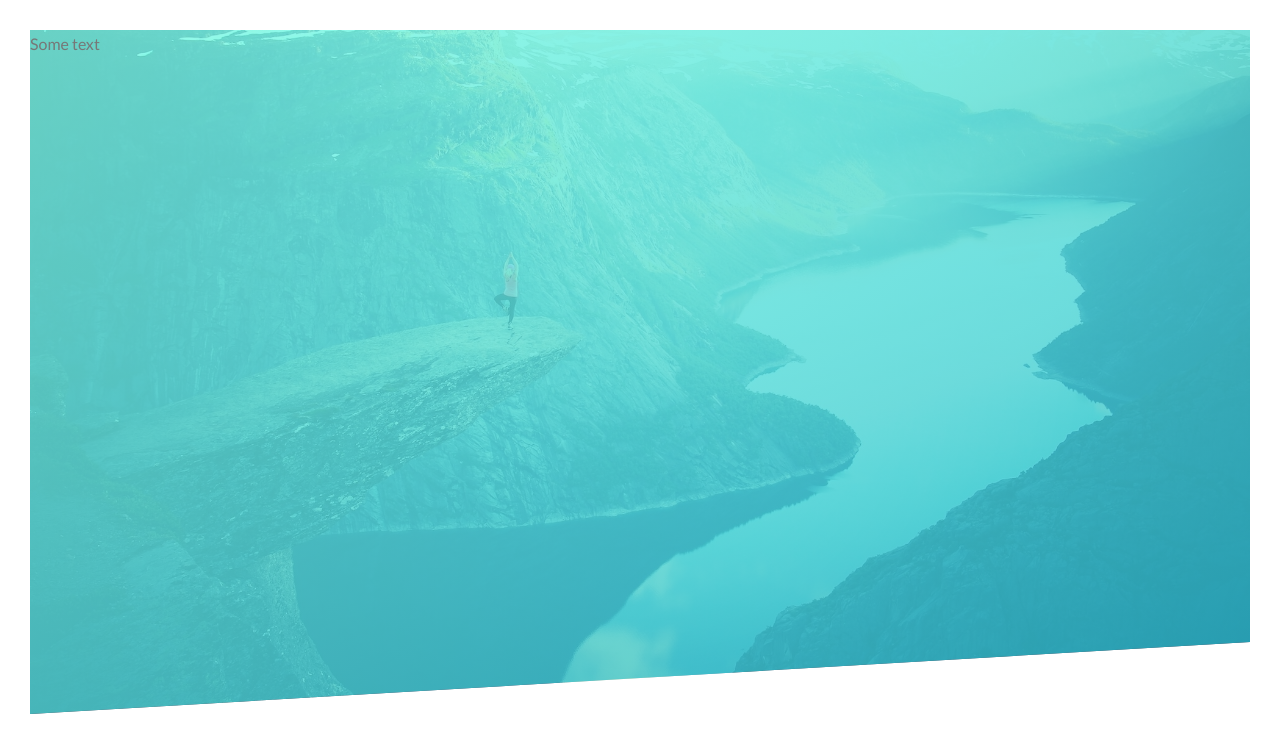
Repository: haokiet2501/natours-page
Page: index.html
An editor plug-in stored every save of this project. The page is shown before and after the next save, followed by the edit.
The browser window is 1280 px wide. The pictures show the whole page.

Above is the page before, as saved 2022-07-31 16:51:34.

After the next save:
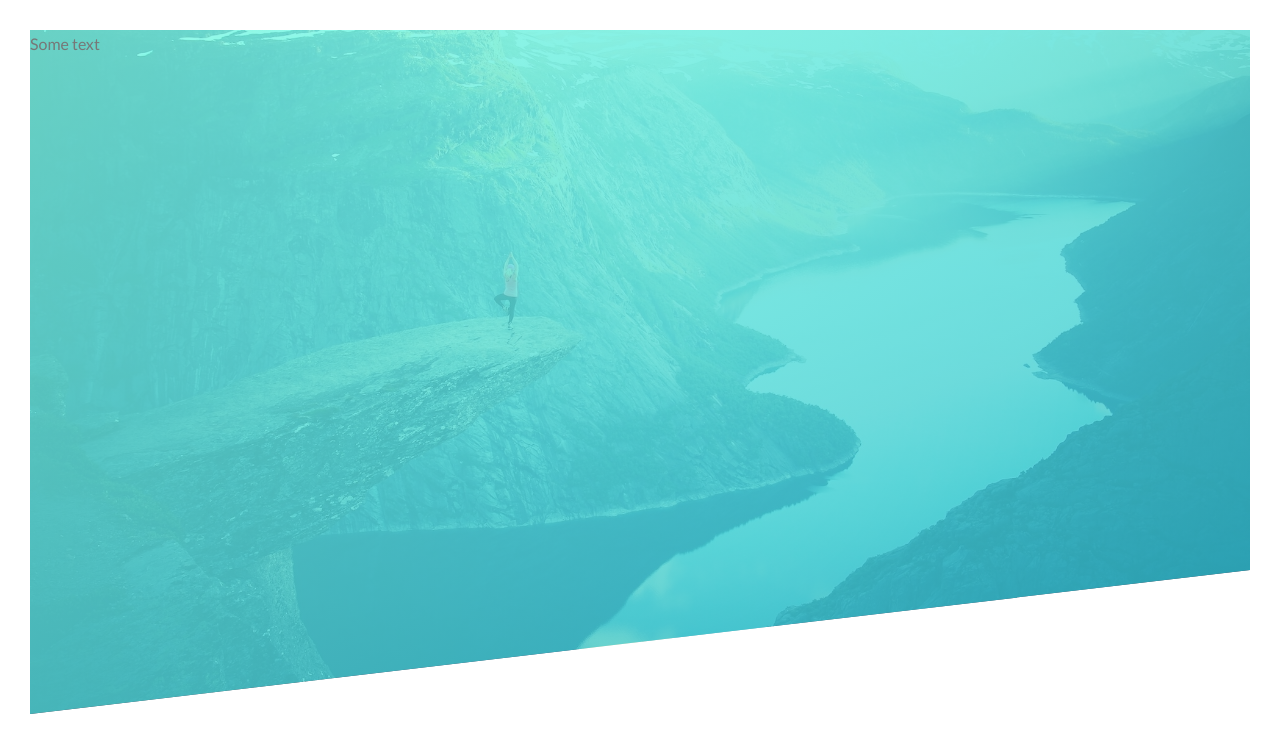
Saved 24 s later.
--- a/styles.css
+++ b/styles.css
@@ -34,5 +34,5 @@ html {
         ) ,url("./img/hero.jpg");
     background-size: cover;
     background-position: top;
-    clip-path: polygon(0 0, 100% 0, 100% 85vh, 0 100%);
+    clip-path: polygon(0 0, 100% 0, 100% 75vh, 0 100%);
 }
